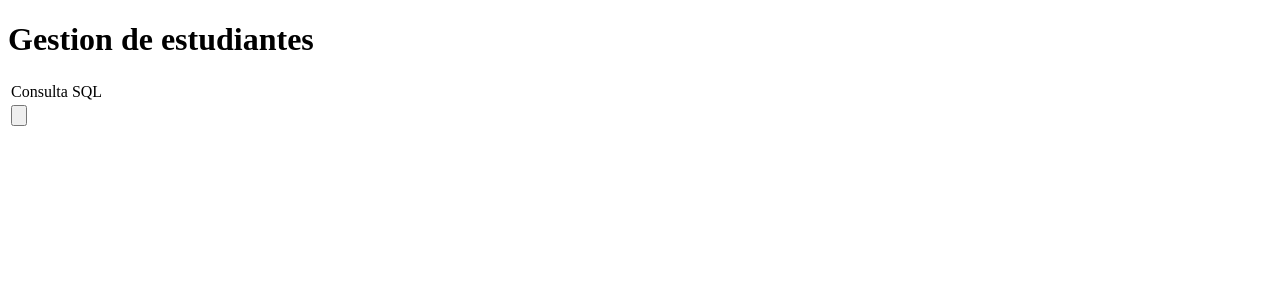
Repository: Carlos-Mar14/JAVA-JEE
Page: gestestjdbc/src/main/webapp/index.html
An editor plug-in stored every save of this project. The page is shown before and after the next save, followed by the edit.
The browser window is 1280 px wide. The pictures show the whole page.

Above is the page before, as saved 2024-06-07 17:02:34.

### gestestjdbc/src/main/webapp/index.html
<!DOCTYPE html>
<html>
<head>
<meta charset="UTF-8">
<title>Gestion Estudiantes</title>
</head>
<body>
	<h1>Gestion de estudiantes</h1>
	<form method="post" action="Controlador">
		<table>
			<tr>
				<td>Consulta SQL</td>
			</tr>
			<tr>
				<td>
					<input type="button">
				</td>
			</tr>
		</table>
	</form>
</body>
</html>

After the next save:
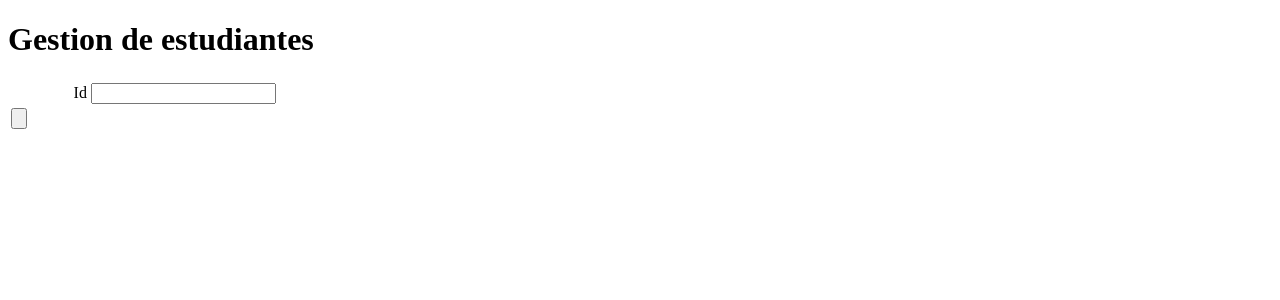
Saved 2 min 19 s later.
--- a/gestestjdbc/src/main/webapp/index.html
+++ b/gestestjdbc/src/main/webapp/index.html
@@ -9,7 +9,8 @@
 	<form method="post" action="Controlador">
 		<table>
 			<tr>
-				<td>Consulta SQL</td>
+				<td align="right" width="20%">Id</td>
+			<td width="60%"><input type="text" name="id"></td>
 			</tr>
 			<tr>
 				<td>
